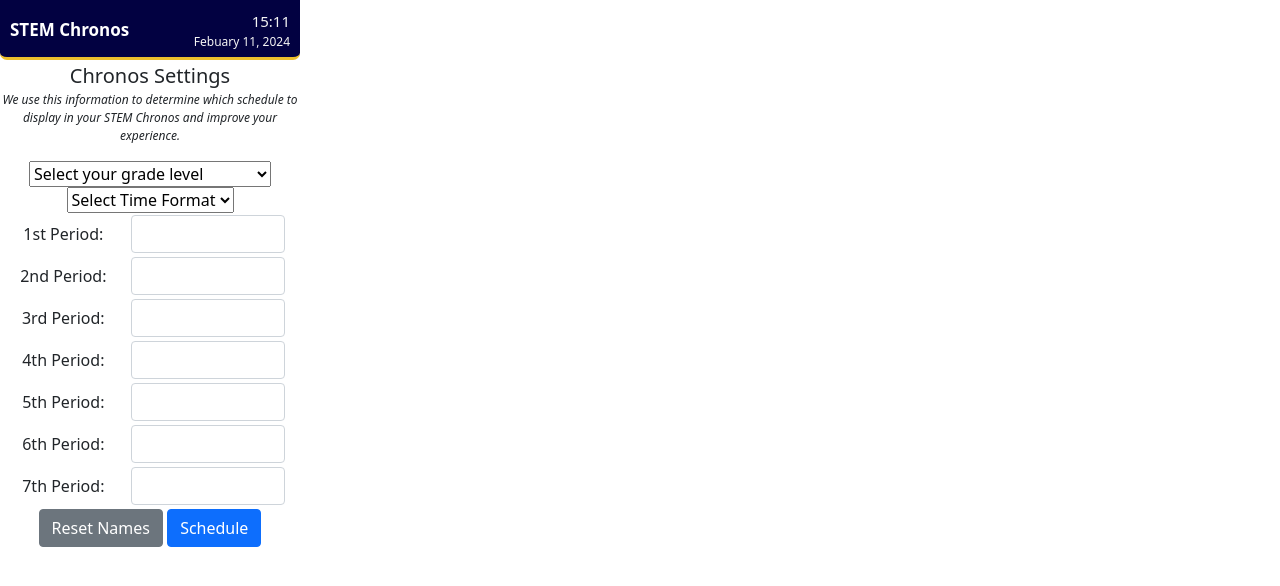
Repository: EvanHughes-dev/StemChronos
Page: StemChronos2.0/Settings/Settings.html
The author's editor kept a copy of each file at every save. The page is drawn from the files as they stood at one save, then again after the next save.
The browser window is 1280 px wide. The pictures show the whole page.

Above is the page before, as saved 2024-04-23 15:36:40.
Console error: TypeError: Cannot read properties of null (reading 'addEventListener')

### StemChronos2.0/Settings/Settings.html
<!Doctype html>
<html>
<!--
    Have all settings here
    i.e. Grade level
    Period names
    notifications
    -->
<head>

    <link href="Settings.css" rel="stylesheet" type="text/css">
    <link href="../index.css" rel="stylesheet" type="text/css">
    <link href="https://cdn.jsdelivr.net/npm/bootstrap@5.0.2/dist/css/bootstrap.min.css" rel="stylesheet" integrity="sha384-EVSTQN3/azprG1Anm3QDgpJLIm9Nao0Yz1ztcQTwFspd3yD65VohhpuuCOmLASjC" crossorigin="anonymous">

</head>
<body>
    <!--Title for Chronos-->
    <div class="title-row">
        <p class="title">STEM Chronos</p>
        <span id="CurrentTime" class="currentTime"></span>
        <span id="CurrentDate" class="date"></span>
    </div>


    <div name="Settings" class="Settings">
        <!--Title for the attribute-->
        <center>
            <div class="fs-5">
                Chronos Settings
            </div>

        </center>


        <p class="SettingsText">
            We use this information to determine
            which schedule to display in your STEM Chronos and improve your experience.
        </p>

        <center>
            <!--Change the Grade Level-->
            <select id="GradeLevel" >
                <option class="DefaultOption" value="NULL" selected disabled>Select your grade level</option>
                <option value="Fresh"> I am a Freshman/Sophomore</option>
                <option value="Sen">I am a Junior/Senior</option>
            </select>

            <select id="TimeMode">
                <option class="DefaultOption" value="NULL" selected disabled>Select Time Format</option>
                <option value="24Hour">24 hour</option>
                <option value="12Hour">12 hour</option>

            </select>
            <!--Set custom period names-->
            <div class="InputField" id="PeriodNameOBJ">
                <div class="row g-2 mb-1">
                    <label class="col-sm-4 col-form-label mx-3" for="First">1st Period:</label>
                    <input class="col-sm-10 form-control w-50 col-auto" name="First" type="text" id="FirstVal" />
                </div>
                <div class="row g-2 mb-1">
                    <label class="col-sm-4 col-form-label mx-3" for="Second">2nd Period:</label>
                    <input class="col-sm-10 form-control w-50 col-auto" name="Second" type="text" id="SecondVal" />
                </div>

                <div class="row g-2 mb-1">
                    <label class="col-sm-4 col-form-label mx-3" for="Third">3rd Period:</label>
                    <input class="col-sm-10 form-control w-50 col-auto" name="Third" type="text" id="ThirdVal" />
                </div>
                <div class="row g-2 mb-1">
                    <label class="col-sm-4 col-form-label mx-3" for="Fourth">4th Period:</label>
                    <input class="col-sm-10 form-control w-50 col-auto" name="Fourth" type="text" id="FourthVal" />
                </div>
                <div class="row g-2 mb-1">
                    <label class="col-sm-4 col-form-label mx-3" for="Fifth">5th Period:</label>
                    <input class="col-sm-10 form-control w-50 col-auto" name="Fifth" type="text" id="FiffthVal" />
                </div>
                <div class="row g-2 mb-1">
                    <label class="col-sm-4 col-form-label mx-3" for="Sixth">6th Period:</label>
                    <input class="col-sm-10 form-control w-50 col-auto" name="Sixth" type="text" id="SixthVal" />
                </div>
                <div class="row g-2 mb-1">
                    <label class="col-sm-4 col-form-label mx-3" for="Seventh">7th Period:</label>
                    <input class="col-sm-10 form-control w-50 col-auto" name="Seventh" type="text" id="SeventhVal" />
                </div>

            </div>

            <!--Buttons-->
            <div class="footerOBJ">
                <button id="PeriodReset" class="btn btn-secondary">Reset Names</button>
                <button id="ScheduleBTN" class="btn btn-primary">Schedule</button>
            </div>
        </center>



    </div>


</body>
<script src="Settings.js"></script>
</html>

### StemChronos2.0/Settings/Settings.css
body {
    width: 300px;
    background-color: #Eeeef3;
    font-size:20px;
}
.Settings {
    margin-top:0px;
    width: 100%;
    height:200px;

}

.SettingsHeader {
    font-size: 25px;
    background: #Eeeef3;

    border-bottom: solid;
    border-width:1px;

}

.SettingsText {
    font-style: italic;
    text-align:center;
    font-size:12px;
}

select.DropDown {
    margin-left: 2px;
    width: 70%;
}


option:hover {
    background-color: #92cbdf;
}

.DefaultOption{

    color:gray;

}

option{

    color:black;
}
.InputField{
    padding-top:2px;
 }


.ToggleArrowHide{
    font-size: 20px;
    padding-left: 3px;
    transition: 1s;
}
    .ToggleArrowHide:hover{

        rotate: 90deg;
    }

    .ToggleArrowShow{
        font-size: 20px;
        padding-left: 3px;
        transition: 1s;
        rotate: 90deg;
    }
        .ToggleArrowShow:hover{

            rotate: 0deg;
        }

.ErrorBox{
    width:90%;
    margin-left:5%;
    display:block;
    background:red;
    z-index:20;
}

### StemChronos2.0/index.css
body {
    width: 300px;

    background-color: #Eeeef3;

    font-size: 15px;
}
.title-row {
	width: 100%;

	font-size: 17px;
	padding: 10px;
    height: 60px;
    margin-bottom: 1px;
    background-color: #020141;
    border-bottom: solid;
    border-bottom-color: #EDC02D;
    border-radius: 0px 0px 7px 7px;
}

.title {
	float: left;
	color: white;
	margin: 6.5px 0;
	font-weight: 700;
}

.currentTime {
	float: right;
	font-size: 15px;
    color: whitesmoke;
}

.date {
	float: right;
	font-size: 12px;
	clear: right;
    color: whitesmoke;
}

tr{
font-size: 12px;
}
.CurrentPeriod {
    background-color: #92cbdf;
}

.CurrentPeriod:hover {
    background-color: #51abcb;
}

.TimeRemainingHolder {
    padding-top: 10px;
    padding-bottom: 10px;
    margin-right: 10px;
    margin-left: 10px;
}

.DailyMessageText{
    text-align:center;
}



    .DailyMessage {
        width: 100%;
        height: 100%;
        justify-content: center;
        align-items: center;
        background-color: whitesmoke;
        /* border-bottom: solid 1px gray;
        border-left: solid 1px gray;
        border-radius: 0px 0px 0px 7px; */
        display: block;
    }
.DailyMessageText {
    margin-top: 10px;
    text-align: center;
}

.DailyMessageHeader {
    margin-top:5px;
    text-align: center;
    font-size:20px;
}
.LetterDay {
    margin-top: 5px;
    width: 75px;
    height: 50%;
    margin-left: 5px;
    align-content: center;
    vertical-align: central;
    background-color: lightgray;
}
.LetterDayInside {
    align-content: center;
    vertical-align: central;
    padding: 5px 5px 5px 5px;
}

.navy {
    background-color: #020141;
}



.flex-child {
    flex: 1;

    padding-right:5px;
    padding-left:5px;
}

    .flex-child:first-child {

        flex: 0;

        width: 100%;
        height: 100%;


    }

#FooterTable{
    padding-top: 0px;
    width:100%;
    height: 10px;

}

    #FooterTable th{
        width:50%;
        height:10px;

    }

br{

    margin:0px;
}
.SettingBtn {
    color: #6f7273;
    width: 50%;
    text-decoration: none;
    font-size: 25px;
}
.SettingBtn:hover{
     cursor: pointer;

}

.ReportBtn {
    color: #6f7273;
    width: 50%;
    text-decoration: none;
    font-size: 25px;
}

    .ReportBtn:hover {
        cursor: pointer;
    }





    .TimeLeft{
        margin: 2px;
    }

### StemChronos2.0/Settings/Settings.js

/*
 * @EHughes
 * Javascript control for Settings.html
 * Initial() runs on page load
 *
 * Future maintainers,
 * Please comment code well.
 * Comment what each function does and where it is called from.
 * As well as the general gist of if statements if there are variables that change values often
 * -EHughes
 */

const AllMonths = ["January", "Febuary", "March", "April", "May", "June", "July", "Agust", "September", "October", "November", "December"];
const PeriodID = ["FirstVal", 'SecondVal', 'ThirdVal', 'FourthVal', 'FiffthVal', 'SixthVal', 'SeventhVal']
const PeriodInputID = ['FirstValToggle', 'SecondValToggle', 'ThirdValToggle', 'FourthValToggle', 'FiffthValToggle', 'SixthValToggle', 'SeventhValToggle'];

function Initial() {//called on script load

	SetDefaultSelect();//Sets deault values for the selects if there are any
	SetDateAndTime();//Sets the header date and time
	SetCustomNameText();//Checks if there are names saved and displays them
	AddEventListeners()//add all needed event listeners

}

function SetDefaultSelect() {//called from Initial()
	if (localStorage.getItem('Year') != null) {//if there is a value
		document.getElementById("GradeLevel").value = localStorage.getItem('Year');//set the grade level to it
	}

	if (localStorage.getItem('TimeMode') != null) {//if there is a value
		document.getElementById('TimeMode').value = localStorage.getItem('TimeMode');//set the time mode to it
	}
}

function UpdateGradeLevel() {//called from AddEventListeners()
	//sets new grade level
	localStorage.setItem("Year", document.getElementById("GradeLevel").value)
}

function UpdateTimeMode() {//called from AddEventListeners()
	//sets new time mode 12 vs 24 hour
	localStorage.setItem("TimeMode", document.getElementById("TimeMode").value)
}

function AddEventListeners() {//called from Initial()

	document.getElementById("GradeLevel").addEventListener("change", () => { UpdateGradeLevel() });//Change grade level

	document.getElementById("TimeMode").addEventListener("change", () => { UpdateTimeMode() });//Change grade level

	document.getElementById("PeriodReset").addEventListener("click", () => { ClearCustomNames() });//Clear all names BTN

	document.getElementById("ScheduleBTN").addEventListener("click", () => { BackToSchedule() });//Go back to schedule BTN

	for (var i = 0; i < PeriodID.length; i++) {//Add event listener for all schedule name inputs
		document.getElementById(PeriodID[i]).addEventListener("change", (source) => {

			SavePeriodNames(source.target.id);//save the period name asscociated with this objects id
		})
	}

	for (let i = 0; i < PeriodInputID.length; i++) {//Add eventlisteners to all schedule input toggle arrows
		const element = PeriodInputID[i];//id for element

		document.getElementById(element).addEventListener("click", (source)=>{//add the listener and pass the object
			ToggleInput(source.target.id)//toggle display of input field and pass the target id
		})

	}


}

function SetDateAndTime() {//called from Initial()
	//Display the date and time for the Chronos header
	const d = new Date();//Current date
	let hour = d.getHours();//Current hour in 24-hour
	let minutes = d.getMinutes();//Current Minute

	let month = d.getMonth();//current month 0-11
	let day = d.getDate();//current day
	let year = d.getFullYear();//current full year

	document.getElementById("CurrentDate").innerHTML = AllMonths[month] + " " + day + ", " + year;//set the day month, year display

	if (minutes < 10) {//If minutes is less than 10
		document.getElementById("CurrentTime").innerHTML = hour + ":0" + minutes;//add a zero before minutes to maintain format
	} else {
		document.getElementById("CurrentTime").innerHTML = hour + ":" + minutes;//just a the minutes
	}

}

function SavePeriodNames(value) {//called from AddEventListeners()

	for (var i = 0; i < PeriodID.length; i++) {

		var LocalStorageI = i + 1;//LocalStorageI since local storage name is one greater then the i value

		if (PeriodID[i] == value) {

			var InputValue = document.getElementById(PeriodID[i]).value;//value inputed into field

			if (InputValue == "" || InputValue == null) {

				localStorage.removeItem("Period" + LocalStorageI)//remove value if field was cleared
				break;//stop running

            }
			localStorage.setItem("Period" + LocalStorageI, InputValue);//set new value
			break;
        }

    }


}


function ClearCustomNames() {//called from AddEventListeners() && SavePeriodNames()
	//remove all period
	for (var i = 1; i <= 7; i++) {

		window.localStorage.removeItem("Period" + i)//remove period from storage

	}
	SetCustomNameText();//display cleared names
}

function SetCustomNameText() {//called from Initial() && ClearCustomNames()
	for (var i = 0; i < 7; i++) {
		var LocalStorageI = i + 1;//LocalStorageI since local storage name is one greater then the i value
		if (localStorage.getItem("Period" + LocalStorageI) != null) {//if there is a value
			document.getElementById(PeriodID[i]).value = localStorage.getItem("Period" + LocalStorageI);//display it
		} else {//if there isnt a value
			document.getElementById(PeriodID[i]).value = "";//display nothing
        }
	}
}


function BackToSchedule() {//called from AddEventListeners()

	if(localStorage.getItem("Year")==null){
		alert("Ensure you select a grade level")
		return
	}
	window.location = "../index.html";

}


function ToggleInput(sourceId){//Toggles input fields for period names. Called from AddEventlisteners()

	for (let i = 0; i < PeriodInputID.length; i++) {//loop through all option
		const element = PeriodInputID[i];//check value of current index

		if(element==sourceId){//if it matches source id

			const InputElement=document.getElementById(PeriodID[i]);
			const ToggleElement=document.getElementById(PeriodInputID[i]);

			console.log(InputElement.style.display)
			//this part deals with displaying the input field for that object
			if(InputElement.style.display=="none" ||InputElement.style.display==""){//if it is not displayed or not set
				InputElement.style.display="revert";//display it
			}else{//if it is diaplyed
				InputElement.style.display="none";//don't display it
			}

			//this section deals with turning the arrow so it is facing the right direction
			const ClassList = ToggleElement.classList;//get all class names of the object

			ClassList.forEach(element => {//for each class
				if(element=="ToggleArrowShow"){//check if class name 1 exists
					ToggleElement.classList.remove("ToggleArrowShow");//turn off class name 1
					ToggleElement.classList.add("ToggleArrowHide");//turn on class name 2
				}else if(element=="ToggleArrowHide"){//else if class name 2 exists
					ToggleElement.classList.remove("ToggleArrowHide");//turn off class name 2
					ToggleElement.classList.add("ToggleArrowShow");//turn on class name 1
				}
			});

			break;
		}

	}

}

Initial()//starts the scripts needed on launch

After the next save:
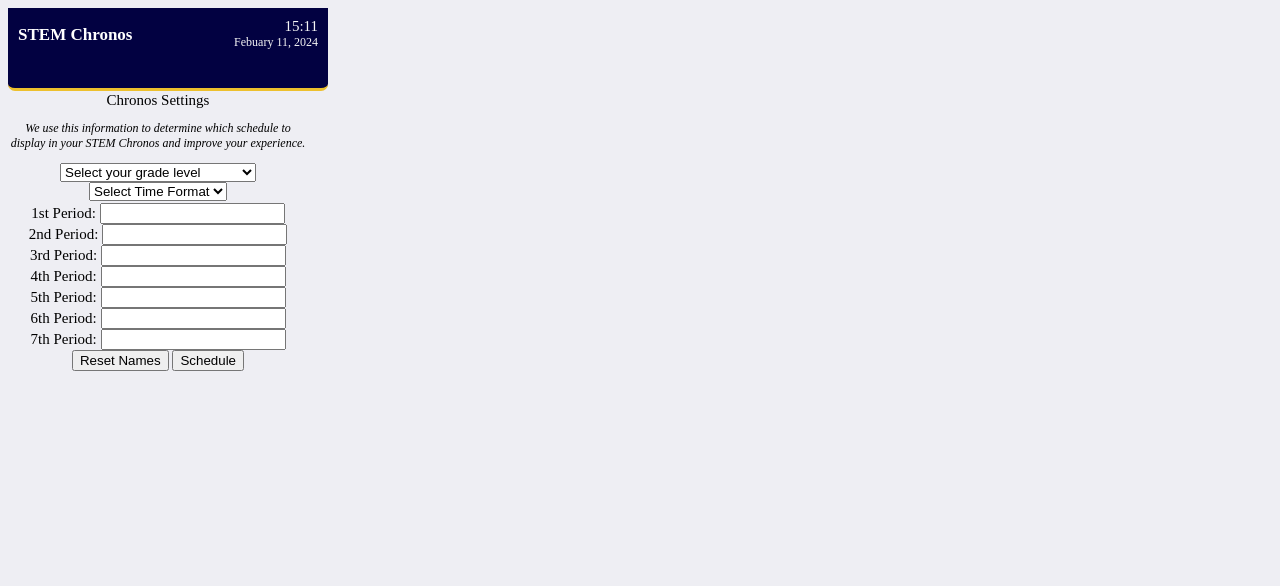
Saved 27 s later.
--- a/StemChronos2.0/Settings/Settings.html
+++ b/StemChronos2.0/Settings/Settings.html
@@ -10,7 +10,6 @@
 
     <link href="Settings.css" rel="stylesheet" type="text/css">
     <link href="../index.css" rel="stylesheet" type="text/css">
-    <link href="https://cdn.jsdelivr.net/npm/bootstrap@5.0.2/dist/css/bootstrap.min.css" rel="stylesheet" integrity="sha384-EVSTQN3/azprG1Anm3QDgpJLIm9Nao0Yz1ztcQTwFspd3yD65VohhpuuCOmLASjC" crossorigin="anonymous">
 
 </head>
 <body>

After the save that followed:
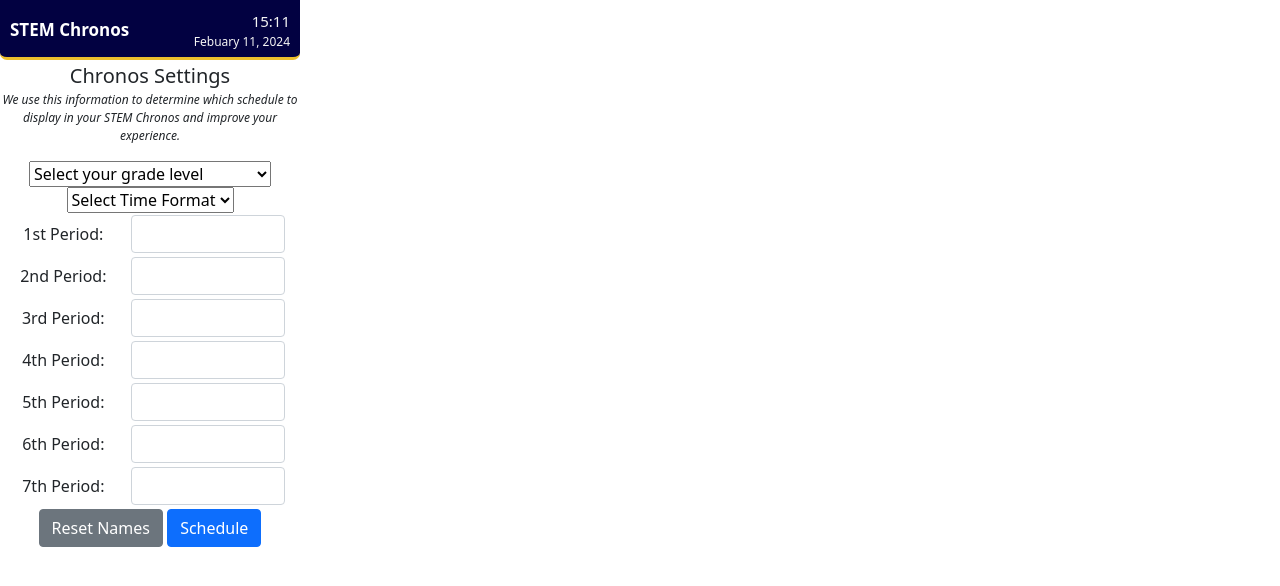
Saved 12 s later.
--- a/StemChronos2.0/Settings/Settings.html
+++ b/StemChronos2.0/Settings/Settings.html
@@ -10,6 +10,7 @@
 
     <link href="Settings.css" rel="stylesheet" type="text/css">
     <link href="../index.css" rel="stylesheet" type="text/css">
+    <link href="https://cdn.jsdelivr.net/npm/bootstrap@5.0.2/dist/css/bootstrap.min.css" rel="stylesheet" integrity="sha384-EVSTQN3/azprG1Anm3QDgpJLIm9Nao0Yz1ztcQTwFspd3yD65VohhpuuCOmLASjC" crossorigin="anonymous">
 
 </head>
 <body>
